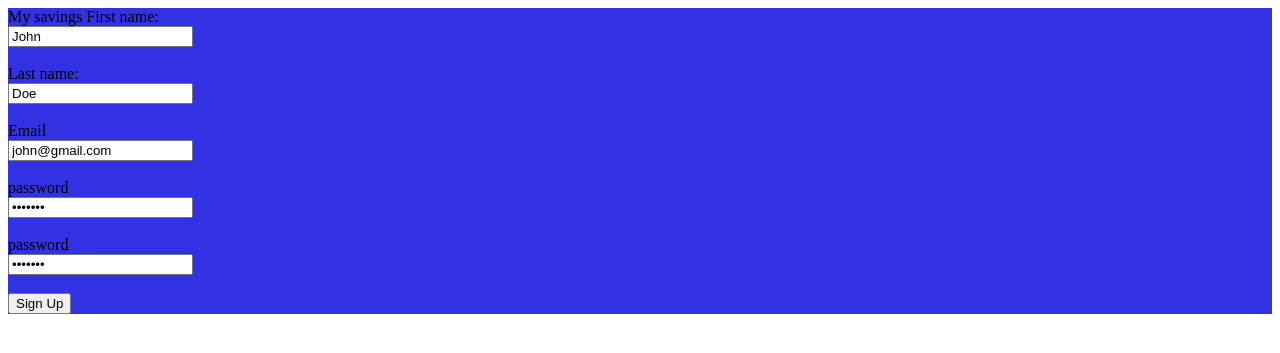
Repository: reemoon-ctrl/hotel-website
Page: mine-form_styling_start.html
An editor plug-in stored every save of this project. The page is shown before and after the next save, followed by the edit.
The browser window is 1280 px wide. The pictures show the whole page.

Above is the page before, as saved 2024-07-20 13:39:40.

### mine-form_styling_start.html
<!DOCTYPE html>
<html lang="en">
<head>
    <meta charset="UTF-8">
    <meta name="viewport" content="width=device-width, initial-scale=1.0">
    <title>Document</title>
<style>
    .form{
        background: rgb(50, 50, 228);
    }
    .container{
        margin: auto;
    }
</style>
</head>

<body>
    <div class="container"></div>
    <form class="form" action="/action_page.php">
        <caption style="text-align:right">My savings</caption>
        <label for="fname">First name:</label><br>
        <input type="text" id="fname" name="fname" value="John"><br><br>
        <label for="lname">Last name:</label><br>
        <input type="text" id="lname" name="lname" value="Doe"><br><br>
        <label for="Email ">Email</label><br>
        <input type="text" id="email" name="Email" value="john@gmail.com"><br><br>
        <label for="password">password</label><br>
        <input type="password" id="password" name="password" value="fffffff"><br><br>
        <label for="password">password</label><br>
        <input type="password" id="confirm password" name="confirm password" value="fffffff"><br><br>


        <input type="submit" value="Sign Up">
      </form>

</body>
</html>

After the next save:
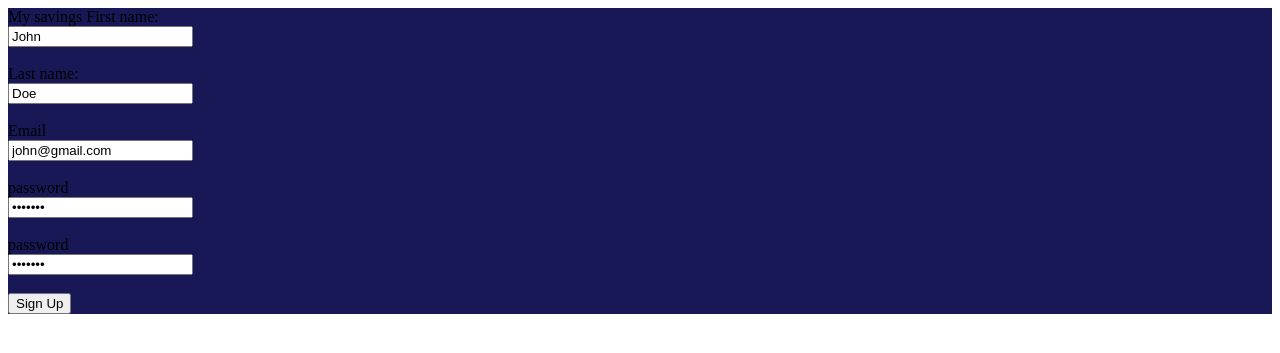
Saved 7 s later.
--- a/mine-form_styling_start.html
+++ b/mine-form_styling_start.html
@@ -6,7 +6,7 @@
     <title>Document</title>
 <style>
     .form{
-        background: rgb(50, 50, 228);
+        background: rgb(24, 24, 86);
     }
     .container{
         margin: auto;
